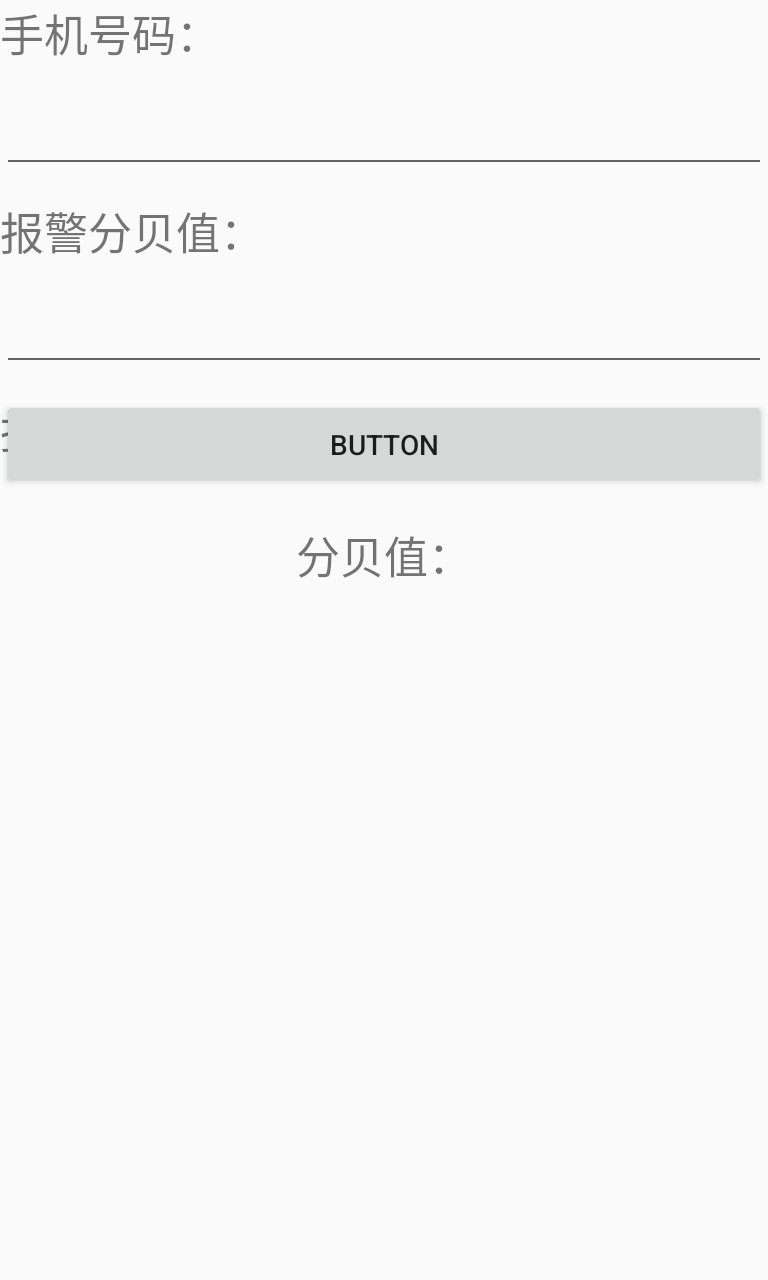
Repository: lovelyzhang/DBdetection
Layout: DBDetection/res/layout/activity_main.xml
The author's editor kept a copy of each file at every save. The layout is drawn from the files as they stood at one save, then again after the next save.
It is drawn on a 768 x 1280 px phone screen (xhdpi) without system bars, with theme AppTheme; the app's code is not run.

Above is the layout before, as saved 2014-09-15 12:02:51.

### DBDetection/res/layout/activity_main.xml
<RelativeLayout
        xmlns:android="http://schemas.android.com/apk/res/android"
   		xmlns:tools="http://schemas.android.com/tools"
    	android:id="@+id/container"
    	android:layout_width="match_parent"
    	android:layout_height="match_parent"
    	tools:context="com.example.dbdetection.MainActivity">


     	<TextView
     	    android:id="@+id/CellText"
 	        android:layout_width="fill_parent"
        	android:layout_height="wrap_content"
        	android:text="手机号码："
        	android:textSize="10pt"
     	    />

     	<EditText
        	android:id="@+id/CellNo"
 	        android:layout_width="fill_parent"
        	android:layout_height="wrap_content"
        	android:textSize="10pt"
        	android:layout_below="@id/CellText"
        	android:maxLength="11"
        	android:numeric="integer"
        	android:layout_marginTop="20px"
     	    />

     	<TextView
     	    android:id="@+id/MaxDBText"
 	        android:layout_width="fill_parent"
        	android:layout_height="wrap_content"
        	android:text="报警分贝值："
        	android:textSize="10pt"
        	android:layout_below="@id/CellNo"
        	android:layout_marginTop="20px"
     	    />

     	<EditText
        	android:id="@+id/MaxDBValue"
 	        android:layout_width="fill_parent"
        	android:layout_height="wrap_content"
        	android:textSize="10pt"
        	android:layout_below="@id/MaxDBText"
        	android:maxLength="4"
        	android:numeric="integer"
	        android:layout_marginTop="20px"
     	    />
     	<TextView
     	    android:id="@+id/DBNumbers"
 	        android:layout_width="wrap_content"
        	android:layout_height="wrap_content"
        	android:text="报警时间间隔："
        	android:textSize="10pt"
        	android:layout_below="@id/MaxDBValue"
        	android:layout_marginTop="20px"
     	  />

 	    <NumberPicker
     	    android:id="@+id/np"
   	        android:layout_width="wrap_content"
        	android:layout_height="wrap_content"
        	android:layout_toLeftOf="@id/DBNumbers"
     	  />


        <Button
	        android:id="@+id/StartButton"
	        android:layout_width="fill_parent"
	        android:layout_height="wrap_content"
	        android:text="Button"
	        android:layout_below="@id/MaxDBValue"
	        android:layout_marginTop="20px"
        	/>

    	<TextView
	        android:id="@+id/DBText"
	        android:layout_width="fill_parent"
	        android:layout_height="wrap_content"
	        android:layout_marginTop="30px"
	        android:textSize="10pt"
	        android:text="分贝值："
	        android:gravity="center"
	        android:layout_below="@id/StartButton"
        	/>
    </RelativeLayout>

Loaded but not shown: DBDetection/res/values/styles.xml (common file); DBDetection/res/values-v11/styles.xml (common file); DBDetection/res/values-v14/styles.xml (common file)

After the next save:
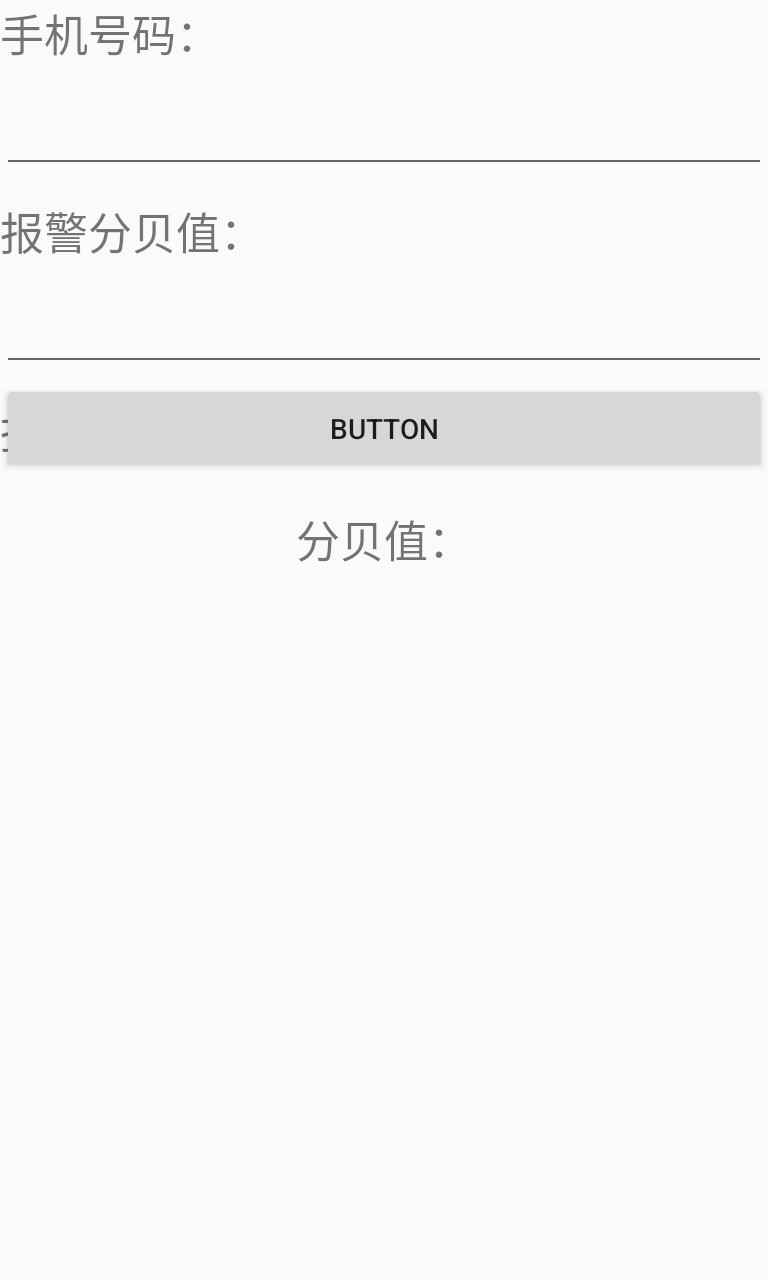
Saved 18 s later.
--- a/DBDetection/res/layout/activity_main.xml
+++ b/DBDetection/res/layout/activity_main.xml
@@ -69,7 +69,7 @@
 	        android:layout_width="fill_parent"
 	        android:layout_height="wrap_content"
 	        android:text="Button"
-	        android:layout_below="@id/MaxDBValue"
+	        android:layout_below="@id/np"
 	        android:layout_marginTop="20px"
         	/>
 
